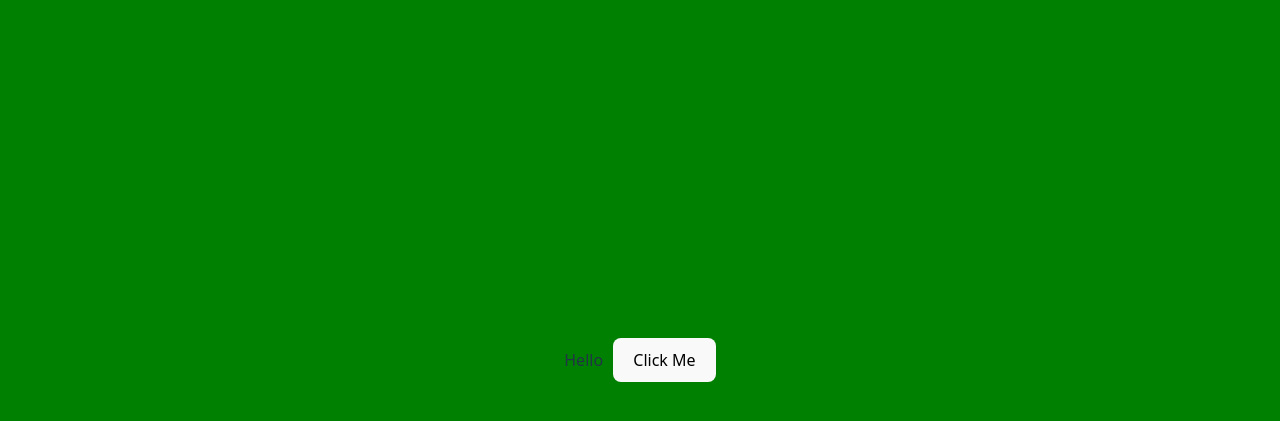
Repository: DaneJuswa/LearningReact
Page: / (app in reactProject/)
An editor plug-in stored every save of this project. The page is shown before and after a run of saves, followed by the edit.
The browser window is 1280 px wide. The pictures show the whole page.
The project was rebuilt for these pictures with package versions that can differ from the ones it lists, and the page was loaded fresh each time. Also part of the build but not shown: reactProject/vite.config.js, reactProject/src/Cards.jsx.

Above is the page before, as saved 2025-09-15 16:31:27.

### reactProject/src/main.jsx
import { StrictMode } from 'react'
import { createRoot } from 'react-dom/client'
import App from './App.jsx'
import './index.css'
import Cards from './Cards.jsx'

createRoot(document.getElementById('root')).render(
  <StrictMode>
    <App/>

  </StrictMode>,
)

### reactProject/src/App.jsx
import './App.css'
import Cards from './Cards'
import Button from './Button';
function App() {
  return (
    <>

      <Button/>
    </>
  );
}

export default App   // 👈 end App here, don’t mix Button

### reactProject/src/App.css
#root {
  width: 100%;
  display: flex;
   flex-direction: row ;
   column-gap: 10px;
  justify-content: center;
  align-items: center;
  min-height: 100vh; /* make sure it's vertically centered */
  background-color: green;
  margin: 0; /* remove default spacing */
}

.card-container {
  width: 150px;
  height: 200px;
  background-color: aquamarine;
  border-radius: 10px; /* rounded corners */
  box-shadow: 0 4px 6px rgba(0,0,0,0.1); /* subtle shadow */
  display: flex;
  flex-direction: column;
  justify-content: center;
  align-items: center;
  font-family: sans-serif;
  gap: 10px; /* spacing between image & text */
}

.card-container:hover{
  box-shadow: 10px 10px 10px rgba(0,0,0,0.1);
  cursor: pointer;
}

### reactProject/src/Button.jsx
function Button(){

    const handleClick = () =>{console.log("button clicked")}
    return (
        <>
        <p>Hello</p>
        <button onClick={handleClick}>Click Me</button>
        </>

    )
}
export default Button

Loaded but not shown: reactProject/index.html (common file); reactProject/src/index.css (common file)

After the next 2 saves:
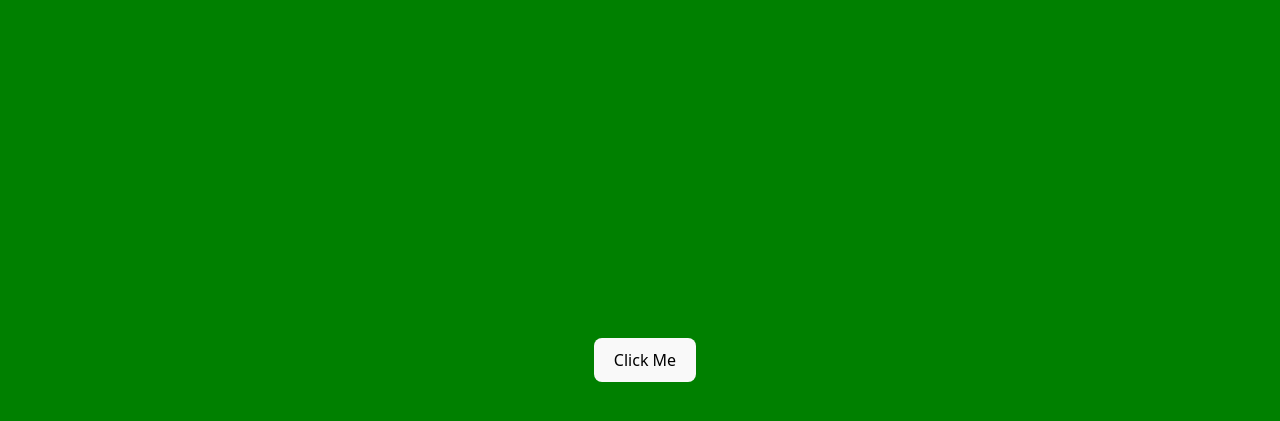
The 2 saves are shown as one change because 1 did not build or start.
The last was saved 3 min 7 s later.
--- a/reactProject/src/Button.jsx
+++ b/reactProject/src/Button.jsx
@@ -1,10 +1,14 @@
+import { useState } from "react"
 function Button(){
 
-    const handleClick = () =>{console.log("button clicked")}
+    const [name, setName] = useState()
+
+
+
     return (
         <>
-        <p>Hello</p>
-        <button onClick={handleClick}>Click Me</button>
+        <p>{name}</p>
+        <button onClick={() => setName("Mamamo")}>Click Me</button>
         </>
 
     )
